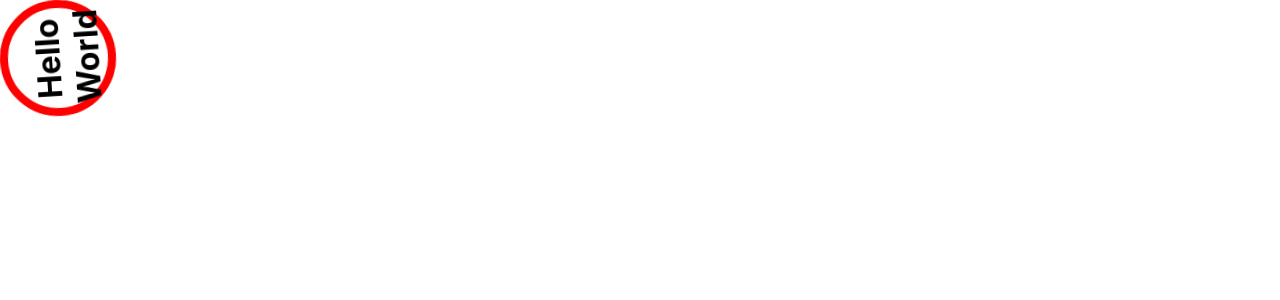
Repository: DeepikaSuretek/React
Page: / (app in practice-app/)
The author's editor kept a copy of each file at every save. The page is drawn from the files as they stood at one save, then again after the next save.
The browser window is 1280 px wide. The pictures show the whole page.
The project was rebuilt for these pictures with package versions that can differ from the ones it lists, and the page was loaded fresh each time.

Above is the page before, as saved 2024-07-08 17:37:49.

After the next save:
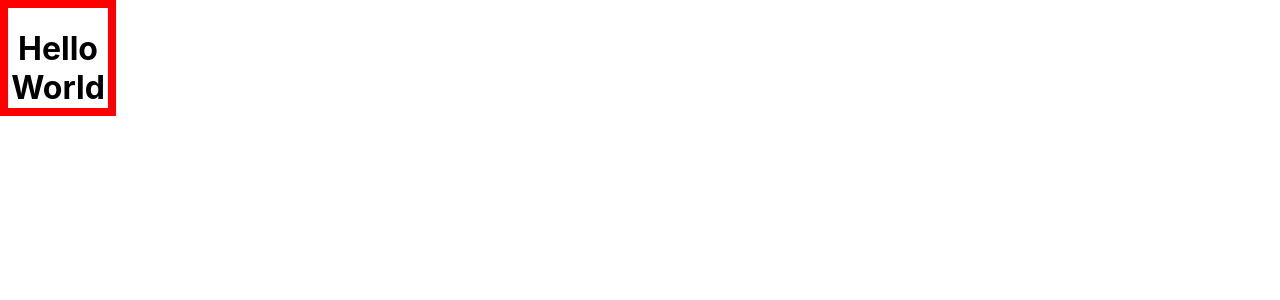
Saved 32 s later.
--- a/practice-app/src/App.css
+++ b/practice-app/src/App.css
@@ -42,6 +42,6 @@
   width: 100px;
   border: 8px solid red;
   background-color: black black black red;
-  border-radius: 50%;
-  animation: App-logo-spin 2s linear infinite;
+  /* border-radius: 50%;
+  animation: App-logo-spin 2s linear infinite; */
 }
